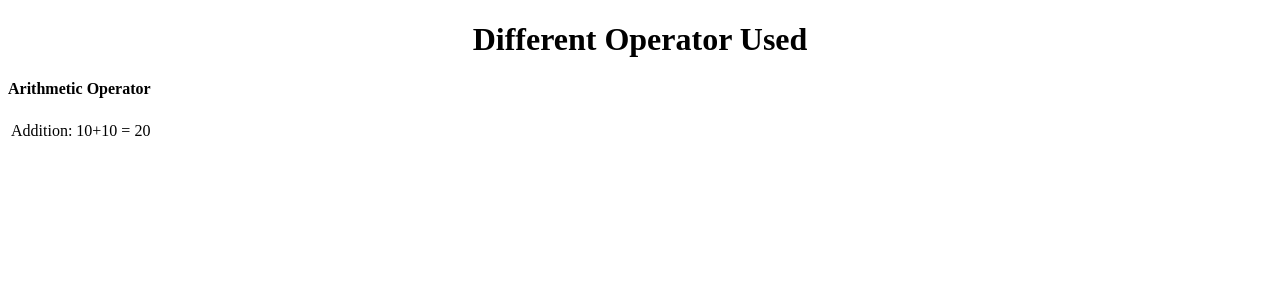
Repository: imrangthub/BlogUsingCoreJava
Page: http://localhost/StartingJsp_00/ExpressionLanguageOfJsp/expLanOperator.jsp
An editor plug-in stored every save of this project. The page is shown before and after the next save, followed by the edit.
The browser window is 1280 px wide. The pictures show the whole page.
The page is served by Tomcat 9.

Above is the page before, as saved 2016-12-25 13:11:28.

After the next save:
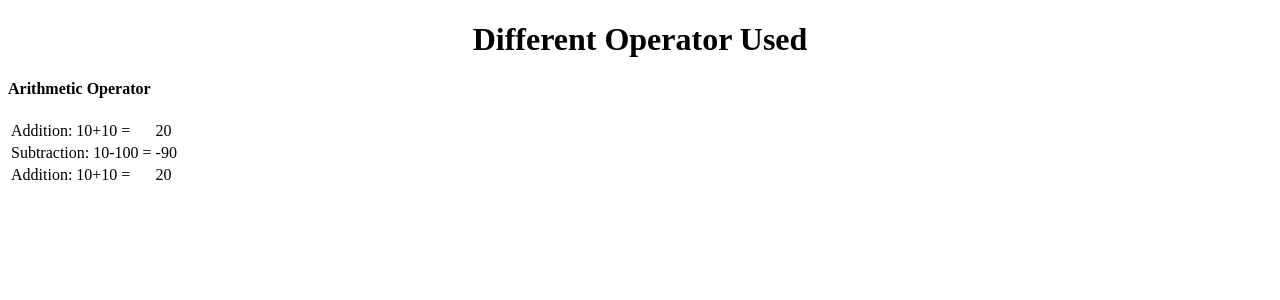
Saved 76 s later.
--- a/StartingJsp_00/WebContent/ExpressionLanguageOfJsp/expLanOperator.jsp
+++ b/StartingJsp_00/WebContent/ExpressionLanguageOfJsp/expLanOperator.jsp
@@ -15,6 +15,14 @@
 <td>Addition: 10+10 = </td>
 <td>${ 10+10 }</td>
 </tr>
+<tr>
+<td>Subtraction: 10-100 = </td>
+<td>${ 10-100 }</td>
+</tr>
+<tr>
+<td>Addition: 10+10 = </td>
+<td>${ 10+10 }</td>
+</tr>
 </table>
 
 </body>
